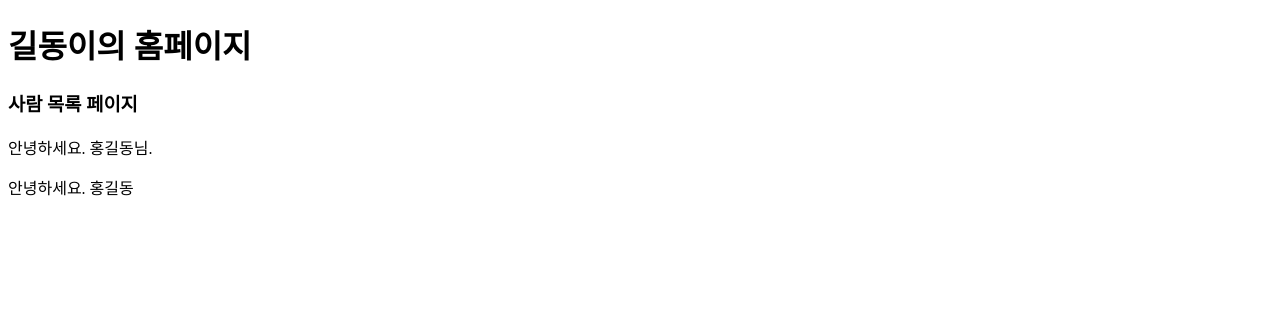
Repository: Parkdolodong/Backend
Page: http://localhost/jsp_servlet_ex02/saram
The author's editor kept a copy of each file at every save. The page is drawn from the files as they stood at one save, then again after the next save.
The browser window is 1280 px wide. The pictures show the whole page.
The page is served by Tomcat 9. Other server files are loaded and not shown.

Above is the page before, as saved 2023-02-27 06:38:41.

### jsp_servlet/jsp_servlet_ex02/webapp/WEB-INF/views/saram/list.jsp
<%@ page language="java" contentType="text/html; charset=UTF-8"
    pageEncoding="UTF-8"%>
<!DOCTYPE html>
<html>
<head>
<meta charset="UTF-8">
<title>Insert title here</title>
</head>
<body>

<!--
Servlet에서 forward 되는 JSP 페이지는 request, response 객체가 전달되므로
해당 Servlet 페이지 내부에서 처리되는것과 (있는 것과) 같다.
 -->
<h1>길동이의 홈페이지</h1>
<h3>사람 목록 페이지</h3>
<!-- HTML 주석 : JSP에서 사용 가능한 표현식. expression, EL, JSTL 등. -->
<p>안녕하세요. ${username}님.</p>
<!--
JSP에서 기본 제공 되는 내장 객체:
pageContext, request, response, session, application
선언 하지 않고 바로 사용 가능하다.
-->
<p>안녕하세요. <%=request.getAttribute("username") %></p>

</body>
</html>

### jsp_servlet/jsp_servlet_ex02/src/org/comstudy/myweb/SaramController.java
package org.comstudy.myweb;

import java.io.IOException;
import java.util.ArrayList;

import javax.servlet.RequestDispatcher;
import javax.servlet.ServletException;
import javax.servlet.annotation.WebServlet;
import javax.servlet.http.HttpServlet;
import javax.servlet.http.HttpServletRequest;
import javax.servlet.http.HttpServletResponse;

@WebServlet("/saram")
public class SaramController extends HttpServlet {
	   @Override
	   protected void doGet(HttpServletRequest req, HttpServletResponse resp) throws ServletException, IOException {
	      String ctxPath = req.getContextPath();
	      String reqUri = req.getRequestURI();

	      System.out.println("doGet() - SaramController 실행");

	      // printf()함수는 변환 문자열 사용 가능.
	      // %s - string, %d - deciaml, %i - integer, %f - float ...
	      // Reques URI = CONtext path + file name
	      System.out.printf("%s, %s\n", ctxPath, reqUri);

	      int beginIndex = ctxPath.length();
	      String urlPattern = reqUri.substring(beginIndex);
	      System.out.println("urlPattern => "  + urlPattern);

	      // view 페이지에서 사용될 변수 request에 저장.
	      // forward 될때 request도 전달.
	      // JSP 페이지에서 request.getAttribute("username");으로 사용.
	      req.setAttribute("username", "홍길동");
	      // 정수, 문자열, 객체, 컬렉션 리스트 등. 전달 가능.
	      ArrayList<String> userList = new ArrayList<String>();
	      userList.add("박길동|의사|28");
	      userList.add("박길동|변호사|35");
	      userList.add("박길동|프로그래머|32");
	      // JSP에서는 request.getAttribute("userList"); 사용
	      req.setAttribute("userList", userList);

	      // view 페이지로 forward 하기
	      // RequestDispatcher 객체를 이용한 view 페이지 forward
	      String viewName = "/WEB-INF/views/saram/list.jsp"; // view 역할 하는 JSP 페이지의 위치
	      RequestDispatcher view = req.getRequestDispatcher(viewName);
	      // Forward - 이 Servlet  페이지에서 하는 일을 뷰 JSP 페이지로 위임.
	      // request와 response 객체를 인자로 전달한다.
	      view.forward(req, resp);
	   }
}

After the next save:
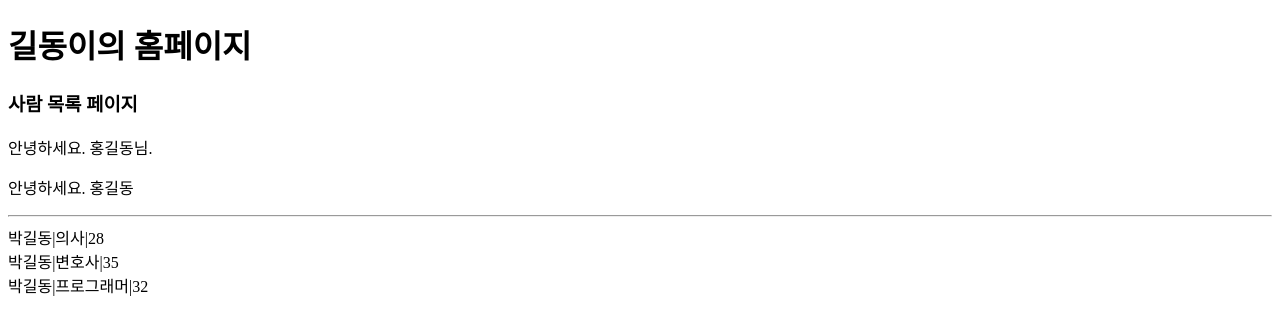
Saved 3 min 20 s later.
--- a/jsp_servlet/jsp_servlet_ex02/webapp/WEB-INF/views/saram/list.jsp
+++ b/jsp_servlet/jsp_servlet_ex02/webapp/WEB-INF/views/saram/list.jsp
@@ -1,3 +1,4 @@
+<%@page import="java.util.ArrayList"%>
 <%@ page language="java" contentType="text/html; charset=UTF-8"
     pageEncoding="UTF-8"%>
 <!DOCTYPE html>
@@ -22,6 +23,14 @@ pageContext, request, response, session, application
 선언 하지 않고 바로 사용 가능하다.
 -->
 <p>안녕하세요. <%=request.getAttribute("username") %></p>
+<hr />
+<%
+// Object 객체를 ArrayList타입으로 다운캐스팅
+ArrayList<String> userList = (ArrayList<String>)request.getAttribute("userList");
+for(String user : userList){
+	out.println(user + "<br />");
+}
+%>
 
 </body>
 </html>
